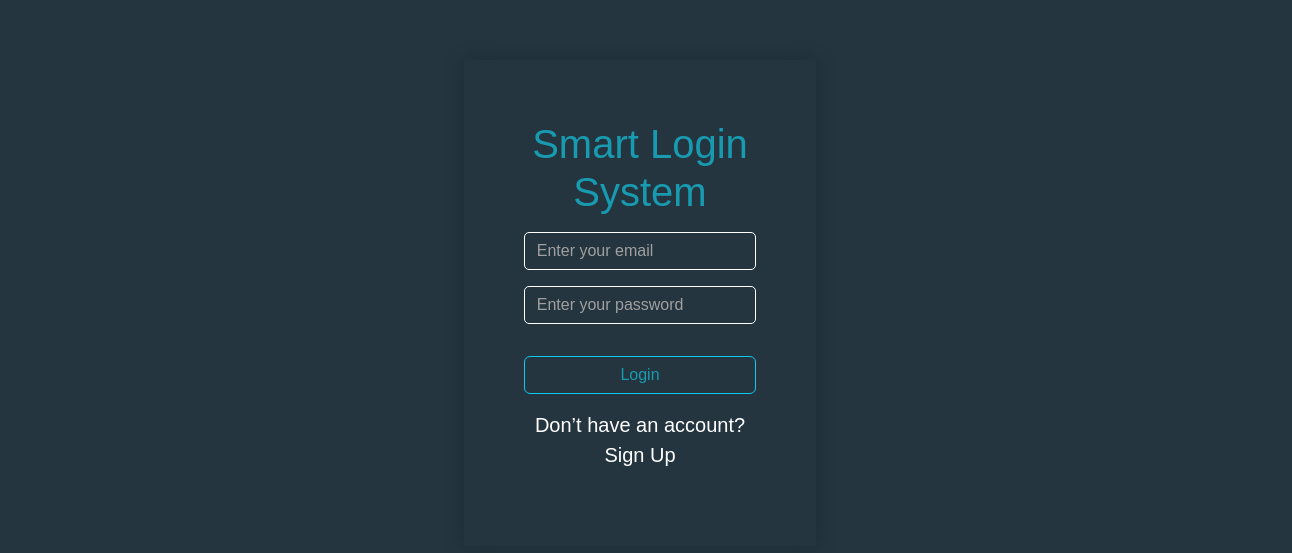
Repository: bodajava/TASK-4
Page: index.html
An editor plug-in stored every save of this project. The page is shown before and after the next save, followed by the edit.
The browser window is 1280 px wide. The page is 1280 px wide, then 1292 px, so the pictures cover 1292 px, including what lies to the right of the window. The pictures show the whole page.

Above is the page before, as saved 2025-06-18 03:48:32.

After the next save:
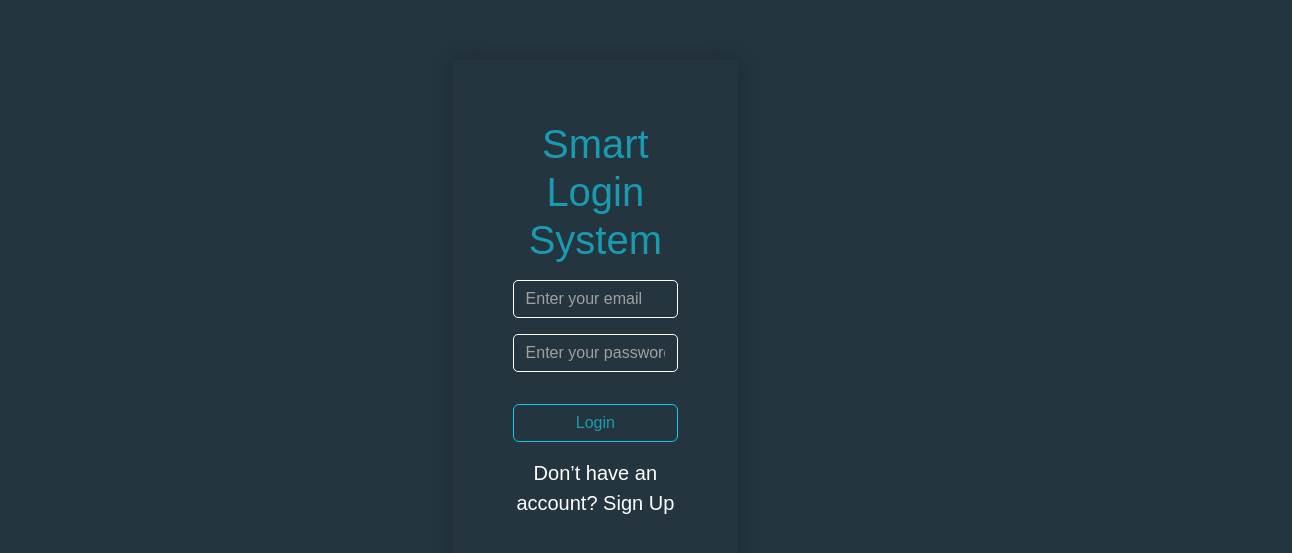
Saved 8 min 53 s later.
--- a/index.html
+++ b/index.html
@@ -9,28 +9,32 @@
     <title>Document</title>
   </head>
   <body>
-    <div id="item" class="container text-center">
-      <div id="item2" class="m-auto w-75">
-        <h1>Smart Login System</h1>
-        <input
-          type="text"
-          class="form-control my-3"
-          placeholder="Enter your email"
-          id="signinEmail"
-        />
-        <input
-          type="password"
-          class="form-control my-3"
-          placeholder="Enter your password"
-          id="signinPassword"
-        />
-        <button class="btn btn-outline-info w-100 my-3">
-          <a class="btnn" href="theerdIndex.html">Login</a>
-        </button>
-        <p class="paragraph">
-          Don’t have an account?
-          <a class="anchor" href="scoundIndex.html">Sign Up</a>
-        </p>
+    <div class="row">
+      <div class="col-md-4">
+        <div id="item" class="container text-center">
+          <div id="item2" class="m-auto w-75">
+            <h1>Smart Login System</h1>
+            <input
+              type="text"
+              class="form-control my-3"
+              placeholder="Enter your email"
+              id="signinEmail"
+            />
+            <input
+              type="password"
+              class="form-control my-3"
+              placeholder="Enter your password"
+              id="signinPassword"
+            />
+            <button class="btn btn-outline-info w-100 my-3">
+              <a class="btnn" href="theerdIndex.html">Login</a>
+            </button>
+            <p class="paragraph">
+              Don’t have an account?
+              <a class="anchor" href="scoundIndex.html">Sign Up</a>
+            </p>
+          </div>
+        </div>
       </div>
     </div>
     <script src="js/bootstrap.bundle.min.js"></script>
